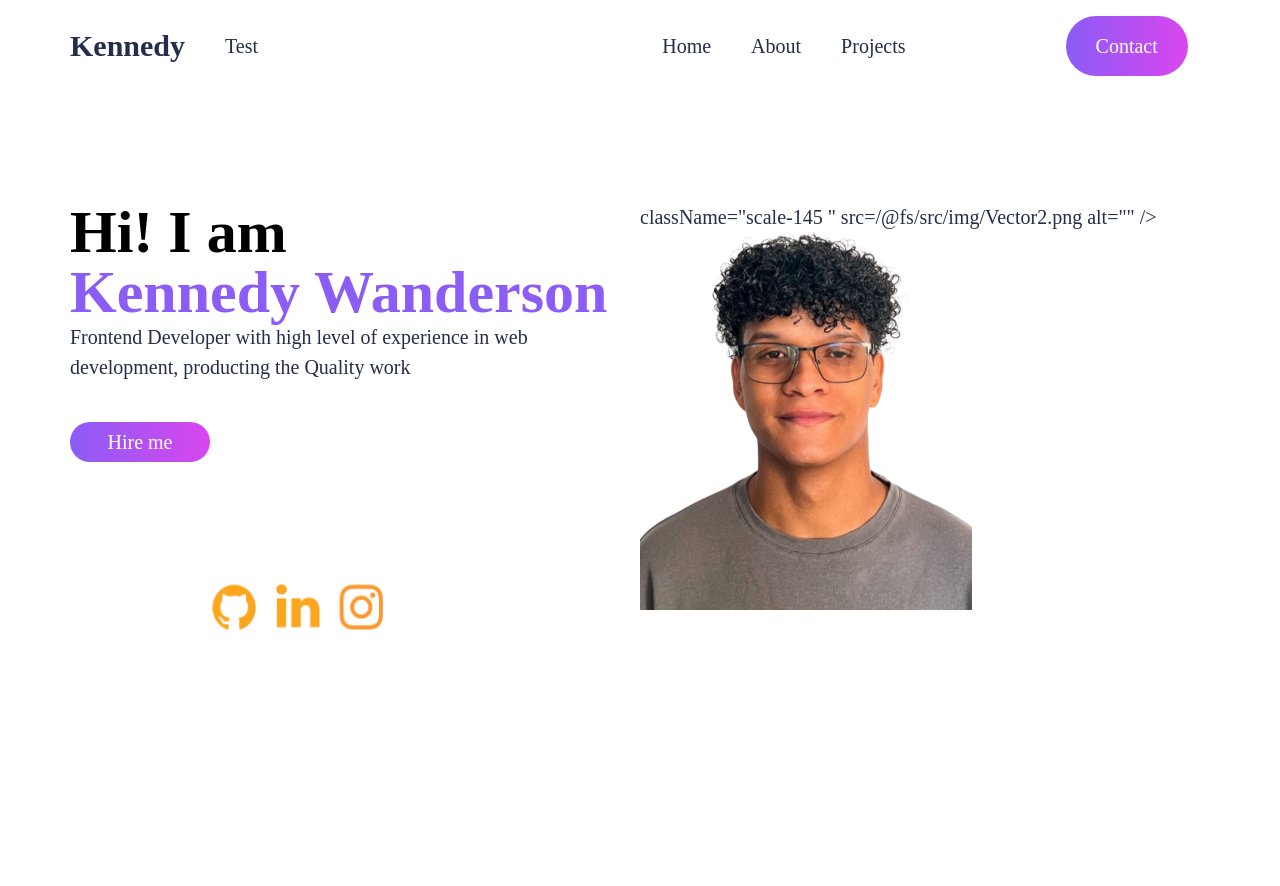
Repository: KennedyWanderson/portfolio
Page: /
An editor plug-in stored every save of this project. The page is shown before and after the next save, followed by the edit.
The browser window is 1280 px wide. The pictures show the whole page.
Some web fonts or font styles are not loaded; a fallback is used. The project was rebuilt for these pictures with package versions that can differ from the ones it lists, and the page was loaded fresh each time.

Above is the page before, as saved 2024-01-17 11:45:33.

### public/index.html
<!DOCTYPE html>
<html lang="en">
  <head>
    <meta charset="utf-8" />
    <link rel="icon" href="%PUBLIC_URL%/favicon.ico" />
    <meta name="viewport" content="width=device-width, initial-scale=1" />
    <meta name="theme-color" content="#000000" />
    <meta
      name="description"
      content="Web site created using create-react-app"
    />

    <style>
      @font-face{
        font-family: Gumela;
        src: url('../src/fonts/*');
      }

      *{
        font-family: 'Gumela';
        font-weight: normal;
        font-size: 20px;
      }
      body{
        margin: 0;
      }
    </style>
    <link rel="apple-touch-icon" href="%PUBLIC_URL%/logo192.png" />
    <!--
      manifest.json provides metadata used when your web app is installed on a
      user's mobile device or desktop. See https://developers.google.com/web/fundamentals/web-app-manifest/
    -->
    <link rel="manifest" href="%PUBLIC_URL%/manifest.json" />
    <!--
      Notice the use of %PUBLIC_URL% in the tags above.
      It will be replaced with the URL of the `public` folder during the build.
      Only files inside the `public` folder can be referenced from the HTML.

      Unlike "/favicon.ico" or "favicon.ico", "%PUBLIC_URL%/favicon.ico" will
      work correctly both with client-side routing and a non-root public URL.
      Learn how to configure a non-root public URL by running `npm run build`.
    -->
    <title>React App</title>
  </head>
  <body>
    <noscript>You need to enable JavaScript to run this app.</noscript>
    <div id="root"></div>
    <!--
      This HTML file is a template.
      If you open it directly in the browser, you will see an empty page.

      You can add webfonts, meta tags, or analytics to this file.
      The build step will place the bundled scripts into the <body> tag.

      To begin the development, run `npm start` or `yarn start`.
      To create a production bundle, use `npm run build` or `yarn build`.
    -->
  </body>
</html>

### src/index.css
@import 'tailwindcss/base';
@import 'tailwindcss/components';
@import 'tailwindcss/utilities';

:root
{
  --yellow: #F5C32C;
    --orange : #FCA61F;
    --black : #242D49;
    --gray : #788097;
    --blueCard : #DDF8FE;
    --purple: rgb(238 210 255);
    --boxShadow : 0px 19px 60px rgb(0 0 0 / 8%);
    --orangeCard: rgba(252, 166, 31, 0.45);
    --smboxShadow: -79px 51px 60px rgba(0, 0, 0, 0.08);
}

.App{
    padding: 0.5rem 3.5rem;
    overflow: hidden;
    color: var(--black);
}

### src/App.js
import logo from './logo.svg';
import './App.css';
import './index.css'
import Navbar from './Components/Navbar/Navbar';
import About from './Components/About/About';

function App() {
  return (
    <div className="App">
      <Navbar />
      <About />
    </div>
  );
}

export default App;

### src/App.css
@import 'tailwindcss/base';
@import 'tailwindcss/components';
@import 'tailwindcss/utilities';

:root
{
  --yellow: #F5C32C;
    --orange : #FCA61F;
    --black : #242D49;
    --gray : #788097;
    --blueCard : #DDF8FE;
    --purple: rgb(238 210 255);
    --boxShadow : 0px 19px 60px rgb(0 0 0 / 8%);
    --orangeCard: rgba(252, 166, 31, 0.45);
    --smboxShadow: -79px 51px 60px rgba(0, 0, 0, 0.08);
}

.App{
    padding: 0.5rem 3.5rem;
    overflow: hidden;
    color: var(--black);
}

.button{
  border-radius: 34px;
  border: none;
  color: white;
  font-size: 16px;
  padding: 10px;
}

### src/Components/Navbar/Navbar.jsx
import React from "react";

const Navbar = () => {
    return(             //h-screen
        <div className="h-[10vh] flex justify-between">
            <div className="flex-1 flex items-center gap-8">
                <div className="text-2xl font-bold">Kennedy</div>
                <span>Test</span>
            </div>
            <div className="flex flex-1 items-center justify-center font-normal">
                <div className="flex-grow-10">
                    <ul className="flex gap-8 mr-32 hover:cursor-grab">
                        <li className="hover:text-orange-500">Home</li>
                        <li className="hover:text-orange-500">About</li>
                        <li className="hover:text-orange-500">Projects</li>
                    </ul>
                </div>
                <button className=" rounded-3xl	border-none	text-white text-base pt-3 p-3 pr-6 pl-6 bg-gradient-to-r from-violet-500 to-fuchsia-500
                hover:cursor-grab bg-white hover:text-orange-500
                ">Contact</button>
            </div>
        </div>
    )
}

export default Navbar;

### src/Components/About/About.jsx
import React from "react";
import Github from '../../img/github.png'
import Instagram from '../../img/instagram.png'
import Linkedin from '../../img/linkedin.png'
import Profile from '../../img/eu.png'
import Vector1 from '../../img/Vector1.png'
import Vector2 from '../../img/Vector2.png'



const About = () => {
    return (
        <div className="flex h-[77vh] my-24">
            <div className="flex flex-col relative flex-1 gap-8">
                <div className="flex flex-col">
                    <span className="text-black font-bold text-5xl">Hi! I am</span>
                    <span className="text-violet-500 font-bold text-5xl">Kennedy Wanderson</span>
                    <span>Frontend Developer with high level of experience
                        in web development, producting the Quality work                   </span>
                </div>
                <button className="rounded-3xl	border-none	text-white text-base pt-3 p-3 pr-6 pl-6 bg-gradient-to-r from-violet-500 to-fuchsia-500
                hover:cursor-grab bg-white hover:text-orange-500 w-28 h-8 flex justify-center items-center">Hire me</button>
                <div className="mt-12 flex gap-8 scale-50 hover:cursor-grab">
                    <a href="https://github.com/KennedyWanderson">
                        <img src={Github} alt="" />
                    </a>
                    <a href="https://www.linkedin.com/in/kennedy-wanderson/">
                        <img src={Linkedin} alt="" />
                    </a>
                    <a href="https://www.instagram.com/_dev.kennedy/">
                        <img src={Instagram} alt="" />
                    </a>
                </div>
            </div>
            <div className="flex-1 relative">
                <div className="z-[1] absolute ">
                   className="scale-145 " src={Vector2} alt="" />
                    <img className="scale-145 " src={Profile} alt="" />
                </div>
            </div>
        </div>
    )
}

export default About;

Loaded but not shown: src/index.js (common file); src/reportWebVitals.js (common file); tailwind.config.js (common file)

After the next save:
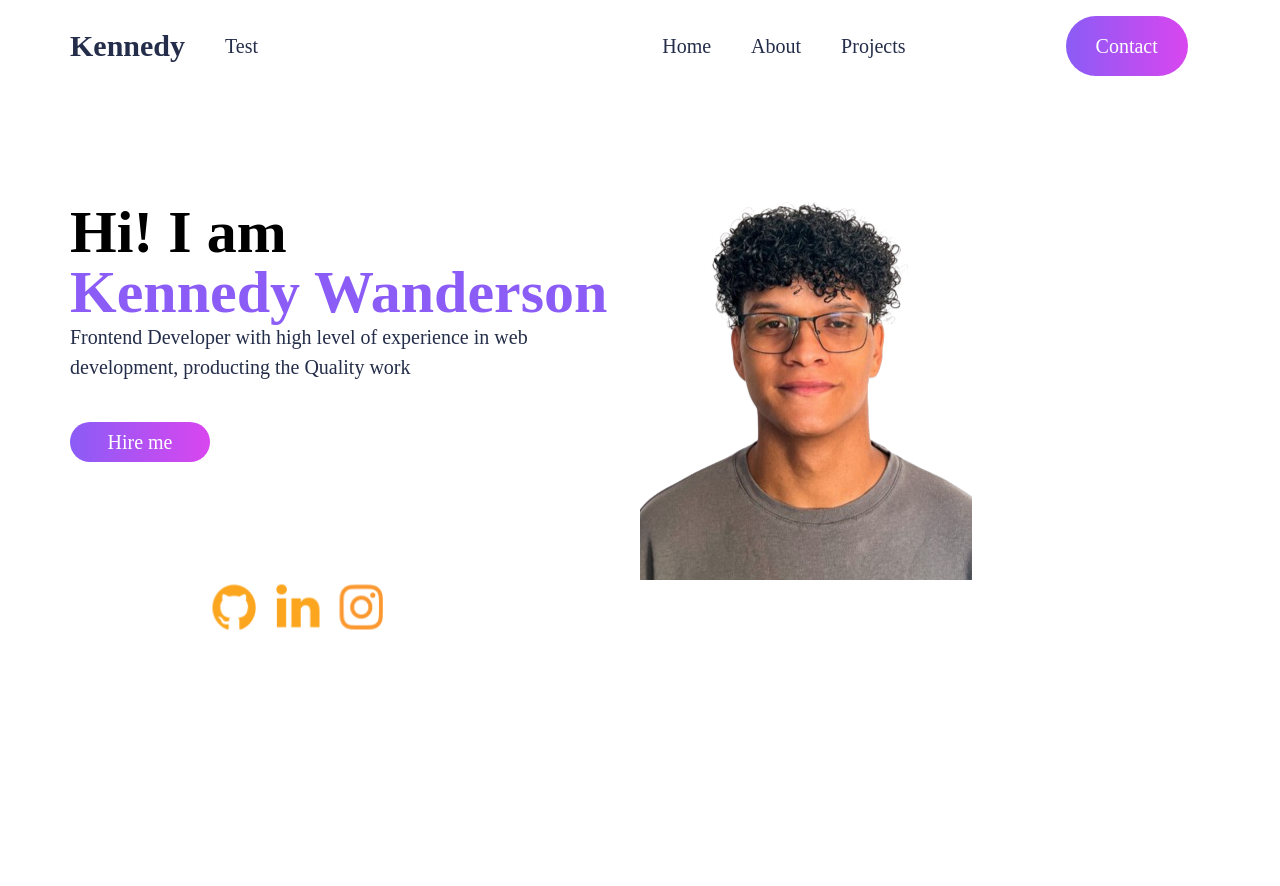
Saved 7 s later.
--- a/src/Components/About/About.jsx
+++ b/src/Components/About/About.jsx
@@ -34,7 +34,6 @@ const About = () => {
             </div>
             <div className="flex-1 relative">
                 <div className="z-[1] absolute ">
-                   className="scale-145 " src={Vector2} alt="" />
                     <img className="scale-145 " src={Profile} alt="" />
                 </div>
             </div>
